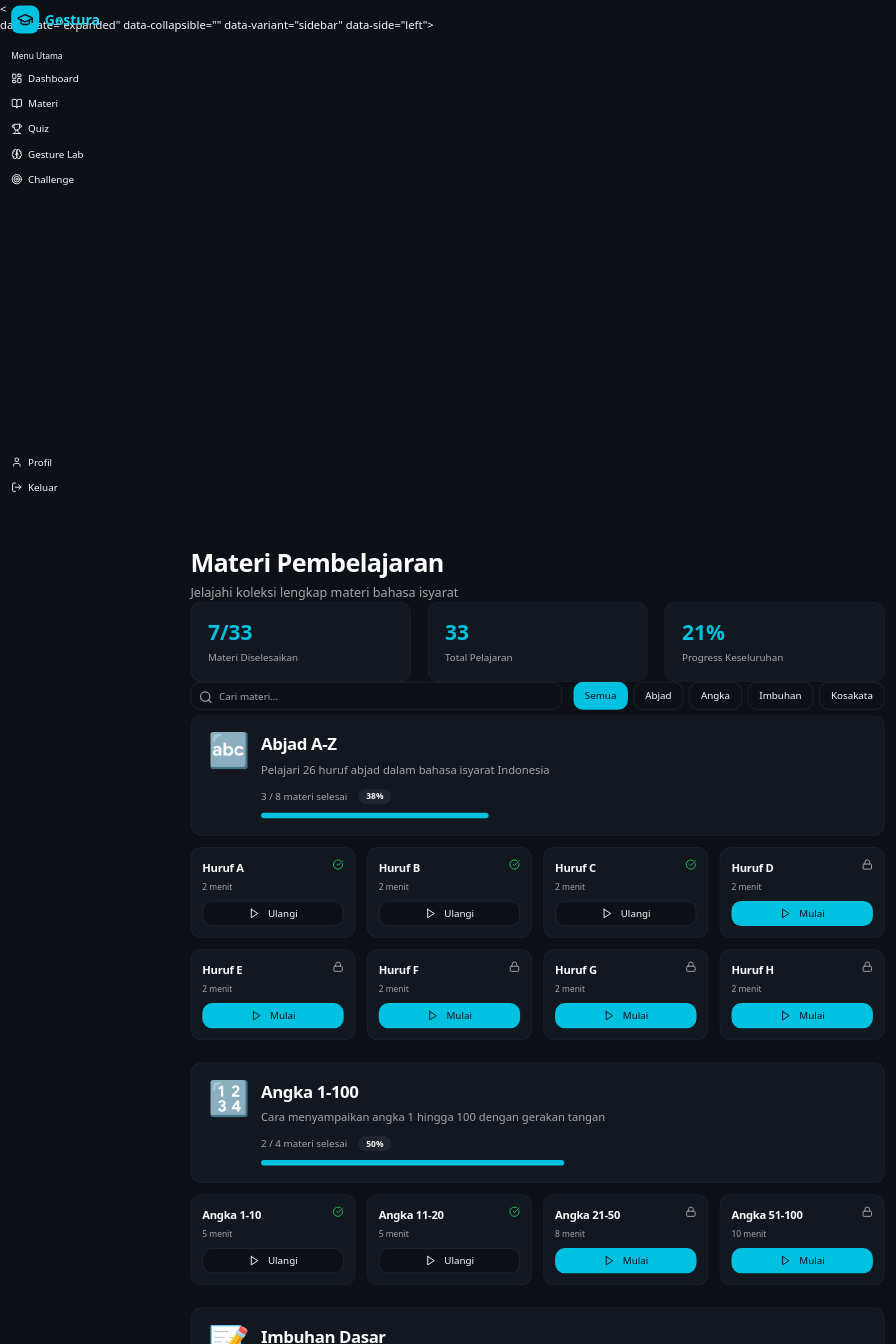
Repository: Tisna7/GESTURA
Page: http://localhost/materi
These files come from the project's save history. The page is drawn as it stood at one moment and after the next save; the edit follows.
The browser window is 1280 px wide. The pictures show the part of the page from y = 0 to 1920 px (the page is 3952 px tall before and 3928 px after), at 70% of full size.
The page is served by the project's Laravel application, run on PHP 8.4 with Laravel 12. Other server files are loaded and not shown. Style sheets and scripts are compiled from the project's sources, by tool versions that may differ from the author's.

Above is the page before, as saved 2025-11-23 14:06:14.

### app/Providers/AppServiceProvider.php
<?php

namespace App\Providers;

use Illuminate\Support\ServiceProvider;

class AppServiceProvider extends ServiceProvider
{
    /**
     * Register any application services.
     */
    public function register(): void
    {

    }

    /**
     * Bootstrap any application services.
     */
    public function boot(): void
    {

    }
}

### routes/web.php
<?php

use Illuminate\Support\Facades\Route;
use App\Http\Controllers\AuthController;
use App\Http\Controllers\ProfileController;




Route::get('/', function () {
    return view('landingpage');
});

Route::get('/auth', [AuthController::class, 'showPage'])->name('auth.page');

// Route::post('/register', [AuthController::class, 'register'])->name('register');

// Route::post('/login', [AuthController::class, 'login'])->name('login');
// Route::post('/logout', [AuthController::class, 'logout'])->name('logout');


// REGISTER
Route::post('/register', [AuthController::class, 'register'])->name('auth.register');

// LOGIN
Route::post('/login', [AuthController::class, 'login'])->name('auth.login');

// LOGIN GUEST
Route::get('/login/guest', [AuthController::class, 'loginGuest'])->name('auth.guest');

// LOGOUT
Route::get('/logout', [AuthController::class, 'logout'])->name('auth.logout');




Route::middleware('auth')->group(function () {
    Route::get('/profile', [ProfileController::class, 'index'])->name('profile');
    Route::post('/profile/update', [ProfileController::class, 'updateProfile'])->name('profile.update');
});


Route::get('/materi', function () {
    return view('user.materi');
});
Route::get('/gesturelab', function () {
    return view('user.gesture-lab-practice');
});
Route::get('/gesture-lab-translate', function () {
    return view('user.gesture-lab-translate');
});
Route::get('/materi-isi', function () {
    return view('user.materi-isi');
});
Route::get('/latihan', function () {
    return view('user.quiz');
});
Route::get('/Challenge', function () {
    return view('user.challenge');
});
Route::get('/Challenge-isi', function () {
    return view('user.challenge-isi');
});

### resources/views/components/sidebar-user.blade.php
@php
    use Illuminate\Support\Facades\Auth;
@endphp


<<div class="group peer hidden text-sidebar-foreground md:block"
     style="--sidebar-width: 16rem;"> data-state="expanded" data-collapsible=""
    data-variant="sidebar" data-side="left">
    <div
        class="relative h-svh w-[--sidebar-width] bg-transparent transition-[width] duration-200 ease-linear group-data-[collapsible=offcanvas]:w-0 group-data-[side=right]:rotate-180 group-data-[collapsible=icon]:w-[--sidebar-width-icon]">
    </div>
    <div
        class="fixed inset-y-0 z-10 hidden h-svh w-[--sidebar-width] transition-[left,right,width] duration-200 ease-linear md:flex left-0 group-data-[collapsible=offcanvas]:left-[calc(var(--sidebar-width)*-1)] group-data-[collapsible=icon]:w-[--sidebar-width-icon] group-data-[side=left]:border-r group-data-[side=right]:border-l">
        <div data-sidebar="sidebar"
            class="flex h-full w-full flex-col bg-sidebar group-data-[variant=floating]:rounded-lg group-data-[variant=floating]:border group-data-[variant=floating]:border-sidebar-border group-data-[variant=floating]:shadow">
            <div data-sidebar="header" class="flex flex-col gap-2 p-2"><a class="flex items-center gap-2 px-2"
                    href="/dashboard">
                    <div class="h-10 w-10 rounded-xl bg-primary flex items-center justify-center"><svg
                            xmlns="http://www.w3.org/2000/svg" width="24" height="24" viewBox="0 0 24 24"
                            fill="none" stroke="currentColor" stroke-width="2" stroke-linecap="round"
                            stroke-linejoin="round"
                            class="lucide lucide-graduation-cap h-6 w-6 text-primary-foreground">
                            <path
                                d="M21.42 10.922a1 1 0 0 0-.019-1.838L12.83 5.18a2 2 0 0 0-1.66 0L2.6 9.08a1 1 0 0 0 0 1.832l8.57 3.908a2 2 0 0 0 1.66 0z">
                            </path>
                            <path d="M22 10v6"></path>
                            <path d="M6 12.5V16a6 3 0 0 0 12 0v-3.5"></path>
                        </svg></div><span class="text-xl font-bold text-gradient">Gestura</span>
                </a></div>
            <div data-sidebar="content"
                class="flex min-h-0 flex-1 flex-col gap-2 overflow-auto group-data-[collapsible=icon]:overflow-hidden">
                <div data-sidebar="group" class="relative flex w-full min-w-0 flex-col p-2">
                    <div data-sidebar="group-label"
                        class="flex h-8 shrink-0 items-center rounded-md px-2 text-xs font-medium text-sidebar-foreground/70 outline-none ring-sidebar-ring transition-[margin,opa] duration-200 ease-linear focus-visible:ring-2 [&amp;&gt;svg]:size-4 [&amp;&gt;svg]:shrink-0 group-data-[collapsible=icon]:-mt-8 group-data-[collapsible=icon]:opacity-0">
                        Menu Utama</div>
                    <div data-sidebar="group-content" class="w-full text-sm">
                        <ul data-sidebar="menu" class="flex w-full min-w-0 flex-col gap-1">
                            <li data-sidebar="menu-item" class="group/menu-item relative"><a data-sidebar="menu-button"
                                    data-size="default" data-active="false" aria-current="page"
                                    class="peer/menu-button flex w-full items-center gap-2 overflow-hidden rounded-md p-2 text-left outline-none ring-sidebar-ring transition-[width,height,padding] focus-visible:ring-2 active:bg-sidebar-accent active:text-sidebar-accent-foreground disabled:pointer-events-none disabled:opacity-50 group-has-[[data-sidebar=menu-action]]/menu-item:pr-8 aria-disabled:pointer-events-none aria-disabled:opacity-50 data-[active=true]:bg-sidebar-accent data-[active=true]:font-medium data-[active=true]:text-sidebar-accent-foreground data-[state=open]:hover:bg-sidebar-accent data-[state=open]:hover:text-sidebar-accent-foreground group-data-[collapsible=icon]:!size-8 group-data-[collapsible=icon]:!p-2 [&amp;&gt;span:last-child]:truncate [&amp;&gt;svg]:size-4 [&amp;&gt;svg]:shrink-0 hover:text-sidebar-accent-foreground h-8 text-sm hover:bg-sidebar-accent bg-sidebar-accent text-sidebar-primary font-medium"
                                    href="/dashboard"><svg xmlns="http://www.w3.org/2000/svg" width="24"
                                        height="24" viewBox="0 0 24 24" fill="none" stroke="currentColor"
                                        stroke-width="2" stroke-linecap="round" stroke-linejoin="round"
                                        class="lucide lucide-layout-dashboard h-4 w-4">
                                        <rect width="7" height="9" x="3" y="3" rx="1"></rect>
                                        <rect width="7" height="5" x="14" y="3" rx="1"></rect>
                                        <rect width="7" height="9" x="14" y="12" rx="1"></rect>
                                        <rect width="7" height="5" x="3" y="16" rx="1"></rect>
                                    </svg><span>Dashboard</span></a></li>
                            <li data-sidebar="menu-item" class="group/menu-item relative"><a data-sidebar="menu-button"
                                    data-size="default" data-active="false"
                                    class="peer/menu-button flex w-full items-center gap-2 overflow-hidden rounded-md p-2 text-left outline-none ring-sidebar-ring transition-[width,height,padding] focus-visible:ring-2 active:bg-sidebar-accent active:text-sidebar-accent-foreground disabled:pointer-events-none disabled:opacity-50 group-has-[[data-sidebar=menu-action]]/menu-item:pr-8 aria-disabled:pointer-events-none aria-disabled:opacity-50 data-[active=true]:bg-sidebar-accent data-[active=true]:font-medium data-[active=true]:text-sidebar-accent-foreground data-[state=open]:hover:bg-sidebar-accent data-[state=open]:hover:text-sidebar-accent-foreground group-data-[collapsible=icon]:!size-8 group-data-[collapsible=icon]:!p-2 [&amp;&gt;span:last-child]:truncate [&amp;&gt;svg]:size-4 [&amp;&gt;svg]:shrink-0 hover:text-sidebar-accent-foreground h-8 text-sm hover:bg-sidebar-accent"
                                    href="/materi"><svg xmlns="http://www.w3.org/2000/svg" width="24" height="24"
                                        viewBox="0 0 24 24" fill="none" stroke="currentColor" stroke-width="2"
                                        stroke-linecap="round" stroke-linejoin="round"
                                        class="lucide lucide-book-open h-4 w-4">
                                        <path d="M12 7v14"></path>
                                        <path
                                            d="M3 18a1 1 0 0 1-1-1V4a1 1 0 0 1 1-1h5a4 4 0 0 1 4 4 4 4 0 0 1 4-4h5a1 1 0 0 1 1 1v13a1 1 0 0 1-1 1h-6a3 3 0 0 0-3 3 3 3 0 0 0-3-3z">
                                        </path>
                                    </svg><span>Materi</span></a></li>
                            <li data-sidebar="menu-item" class="group/menu-item relative"><a data-sidebar="menu-button"
                                    data-size="default" data-active="false"
                                    class="peer/menu-button flex w-full items-center gap-2 overflow-hidden rounded-md p-2 text-left outline-none ring-sidebar-ring transition-[width,height,padding] focus-visible:ring-2 active:bg-sidebar-accent active:text-sidebar-accent-foreground disabled:pointer-events-none disabled:opacity-50 group-has-[[data-sidebar=menu-action]]/menu-item:pr-8 aria-disabled:pointer-events-none aria-disabled:opacity-50 data-[active=true]:bg-sidebar-accent data-[active=true]:font-medium data-[active=true]:text-sidebar-accent-foreground data-[state=open]:hover:bg-sidebar-accent data-[state=open]:hover:text-sidebar-accent-foreground group-data-[collapsible=icon]:!size-8 group-data-[collapsible=icon]:!p-2 [&amp;&gt;span:last-child]:truncate [&amp;&gt;svg]:size-4 [&amp;&gt;svg]:shrink-0 hover:text-sidebar-accent-foreground h-8 text-sm hover:bg-sidebar-accent"
                                    href="/quiz"><svg xmlns="http://www.w3.org/2000/svg" width="24" height="24"
                                        viewBox="0 0 24 24" fill="none" stroke="currentColor" stroke-width="2"
                                        stroke-linecap="round" stroke-linejoin="round"
                                        class="lucide lucide-trophy h-4 w-4">
                                        <path d="M6 9H4.5a2.5 2.5 0 0 1 0-5H6"></path>
                                        <path d="M18 9h1.5a2.5 2.5 0 0 0 0-5H18"></path>
                                        <path d="M4 22h16"></path>
                                        <path d="M10 14.66V17c0 .55-.47.98-.97 1.21C7.85 18.75 7 20.24 7 22"></path>
                                        <path d="M14 14.66V17c0 .55.47.98.97 1.21C16.15 18.75 17 20.24 17 22"></path>
                                        <path d="M18 2H6v7a6 6 0 0 0 12 0V2Z"></path>
                                    </svg><span>Quiz</span></a></li>
                            <li data-sidebar="menu-item" class="group/menu-item relative"><a
                                    data-sidebar="menu-button" data-size="default" data-active="false"
                                    class="peer/menu-button flex w-full items-center gap-2 overflow-hidden rounded-md p-2 text-left outline-none ring-sidebar-ring transition-[width,height,padding] focus-visible:ring-2 active:bg-sidebar-accent active:text-sidebar-accent-foreground disabled:pointer-events-none disabled:opacity-50 group-has-[[data-sidebar=menu-action]]/menu-item:pr-8 aria-disabled:pointer-events-none aria-disabled:opacity-50 data-[active=true]:bg-sidebar-accent data-[active=true]:font-medium data-[active=true]:text-sidebar-accent-foreground data-[state=open]:hover:bg-sidebar-accent data-[state=open]:hover:text-sidebar-accent-foreground group-data-[collapsible=icon]:!size-8 group-data-[collapsible=icon]:!p-2 [&amp;&gt;span:last-child]:truncate [&amp;&gt;svg]:size-4 [&amp;&gt;svg]:shrink-0 hover:text-sidebar-accent-foreground h-8 text-sm hover:bg-sidebar-accent"
                                    href="/gesture-lab"><svg xmlns="http://www.w3.org/2000/svg" width="24"
                                        height="24" viewBox="0 0 24 24" fill="none" stroke="currentColor"
                                        stroke-width="2" stroke-linecap="round" stroke-linejoin="round"
                                        class="lucide lucide-brain h-4 w-4">
                                        <path
                                            d="M12 5a3 3 0 1 0-5.997.125 4 4 0 0 0-2.526 5.77 4 4 0 0 0 .556 6.588A4 4 0 1 0 12 18Z">
                                        </path>
                                        <path
                                            d="M12 5a3 3 0 1 1 5.997.125 4 4 0 0 1 2.526 5.77 4 4 0 0 1-.556 6.588A4 4 0 1 1 12 18Z">
                                        </path>
                                        <path d="M15 13a4.5 4.5 0 0 1-3-4 4.5 4.5 0 0 1-3 4"></path>
                                        <path d="M17.599 6.5a3 3 0 0 0 .399-1.375"></path>
                                        <path d="M6.003 5.125A3 3 0 0 0 6.401 6.5"></path>
                                        <path d="M3.477 10.896a4 4 0 0 1 .585-.396"></path>
                                        <path d="M19.938 10.5a4 4 0 0 1 .585.396"></path>
                                        <path d="M6 18a4 4 0 0 1-1.967-.516"></path>
                                        <path d="M19.967 17.484A4 4 0 0 1 18 18"></path>
                                    </svg><span>Gesture Lab</span></a></li>
                            <li data-sidebar="menu-item" class="group/menu-item relative"><a
                                    data-sidebar="menu-button" data-size="default" data-active="false"
                                    class="peer/menu-button flex w-full items-center gap-2 overflow-hidden rounded-md p-2 text-left outline-none ring-sidebar-ring transition-[width,height,padding] focus-visible:ring-2 active:bg-sidebar-accent active:text-sidebar-accent-foreground disabled:pointer-events-none disabled:opacity-50 group-has-[[data-sidebar=menu-action]]/menu-item:pr-8 aria-disabled:pointer-events-none aria-disabled:opacity-50 data-[active=true]:bg-sidebar-accent data-[active=true]:font-medium data-[active=true]:text-sidebar-accent-foreground data-[state=open]:hover:bg-sidebar-accent data-[state=open]:hover:text-sidebar-accent-foreground group-data-[collapsible=icon]:!size-8 group-data-[collapsible=icon]:!p-2 [&amp;&gt;span:last-child]:truncate [&amp;&gt;svg]:size-4 [&amp;&gt;svg]:shrink-0 hover:text-sidebar-accent-foreground h-8 text-sm hover:bg-sidebar-accent"
                                    href="/challenge"><svg xmlns="http://www.w3.org/2000/svg" width="24"
                                        height="24" viewBox="0 0 24 24" fill="none" stroke="currentColor"
                                        stroke-width="2" stroke-linecap="round" stroke-linejoin="round"
                                        class="lucide lucide-target h-4 w-4">
                                        <circle cx="12" cy="12" r="10"></circle>
                                        <circle cx="12" cy="12" r="6"></circle>
                                        <circle cx="12" cy="12" r="2"></circle>
                                    </svg><span>Challenge</span></a></li>
                        </ul>
                    </div>
                </div>
            </div>
            <div data-sidebar="footer" class="flex flex-col gap-2 p-2">
                <ul data-sidebar="menu" class="flex w-full min-w-0 flex-col gap-1">
                    <li data-sidebar="menu-item" class="group/menu-item relative"><a data-sidebar="menu-button"
                            data-size="default" data-active="false"
                            class="peer/menu-button flex w-full items-center gap-2 overflow-hidden rounded-md p-2 text-left outline-none ring-sidebar-ring transition-[width,height,padding] focus-visible:ring-2 active:bg-sidebar-accent active:text-sidebar-accent-foreground disabled:pointer-events-none disabled:opacity-50 group-has-[[data-sidebar=menu-action]]/menu-item:pr-8 aria-disabled:pointer-events-none aria-disabled:opacity-50 data-[active=true]:bg-sidebar-accent data-[active=true]:font-medium data-[active=true]:text-sidebar-accent-foreground data-[state=open]:hover:bg-sidebar-accent data-[state=open]:hover:text-sidebar-accent-foreground group-data-[collapsible=icon]:!size-8 group-data-[collapsible=icon]:!p-2 [&amp;&gt;span:last-child]:truncate [&amp;&gt;svg]:size-4 [&amp;&gt;svg]:shrink-0 hover:text-sidebar-accent-foreground h-8 text-sm hover:bg-sidebar-accent"
                            href="/profile"><svg xmlns="http://www.w3.org/2000/svg" width="24" height="24"
                                viewBox="0 0 24 24" fill="none" stroke="currentColor" stroke-width="2"
                                stroke-linecap="round" stroke-linejoin="round" class="lucide lucide-user h-4 w-4">
                                <path d="M19 21v-2a4 4 0 0 0-4-4H9a4 4 0 0 0-4 4v2"></path>
                                <circle cx="12" cy="7" r="4"></circle>
                            </svg><span>Profil</span></a></li>
                    <li data-sidebar="menu-item" class="group/menu-item relative"><a data-sidebar="menu-button"
                            data-size="default" data-active="false"
                            class="peer/menu-button flex w-full items-center gap-2 overflow-hidden rounded-md p-2 text-left outline-none ring-sidebar-ring transition-[width,height,padding] focus-visible:ring-2 active:bg-sidebar-accent active:text-sidebar-accent-foreground disabled:pointer-events-none disabled:opacity-50 group-has-[[data-sidebar=menu-action]]/menu-item:pr-8 aria-disabled:pointer-events-none aria-disabled:opacity-50 data-[active=true]:bg-sidebar-accent data-[active=true]:font-medium data-[active=true]:text-sidebar-accent-foreground data-[state=open]:hover:bg-sidebar-accent data-[state=open]:hover:text-sidebar-accent-foreground group-data-[collapsible=icon]:!size-8 group-data-[collapsible=icon]:!p-2 [&amp;&gt;span:last-child]:truncate [&amp;&gt;svg]:size-4 [&amp;&gt;svg]:shrink-0 hover:bg-sidebar-accent hover:text-sidebar-accent-foreground h-8 text-sm"
                            href="/"><svg xmlns="http://www.w3.org/2000/svg" width="24" height="24"
                                viewBox="0 0 24 24" fill="none" stroke="currentColor" stroke-width="2"
                                stroke-linecap="round" stroke-linejoin="round" class="lucide lucide-log-out h-4 w-4">
                                <path d="M9 21H5a2 2 0 0 1-2-2V5a2 2 0 0 1 2-2h4"></path>
                                <polyline points="16 17 21 12 16 7"></polyline>
                                <line x1="21" x2="9" y1="12" y2="12"></line>
                            </svg><span>Keluar</span></a></li>
                </ul>
            </div>
        </div>
    </div>
</div>

### resources/views/app.blade.php
<!DOCTYPE html>
<html lang="id">
<head>
  <meta charset="UTF-8">
  <meta name="viewport" content="width=device-width, initial-scale=1.0">
  <meta name="csrf-token" content="{{ csrf_token() }}">
  <link rel="icon" type="image/png" href="{{ asset('images/logo.png') }}">
  <title>@yield('title', 'GESTURA')</title>

  <!-- Tailwind CSS -->
  {{-- @vite('public/build/app-Lz3KVd0D.css') --}}
  {{-- <!-- @vite('resources/css/app.css') --> --}}
   {{-- <!-- @vite('public/build/assets/app-TBPMHXQo.css') --> --}}

  @vite(['resources/css/app.css', 'resources/css/theme.css'])

  <script defer src="https://cdn.jsdelivr.net/npm/alpinejs@3.x.x/dist/cdn.min.js"></script>

</head>
<body>
  @yield('content')
</body>
</html>

### resources/css/app.css
@import 'tailwindcss';
@import "./theme.css";

@source '../../vendor/laravel/framework/src/Illuminate/Pagination/resources/views/*.blade.php';
@source '../../storage/framework/views/*.php';
@source '../**/*.blade.php';
@source '../**/*.js';

@theme {
    --font-sans: 'Instrument Sans', ui-sans-serif, system-ui, sans-serif, 'Apple Color Emoji', 'Segoe UI Emoji',
        'Segoe UI Symbol', 'Noto Color Emoji';

    --color-background: #ffabcc;
}

Loaded but not shown: resources/css/theme.css (library); resources/views/user/materi.blade.php (918 lines, source omitted)

After the next save:
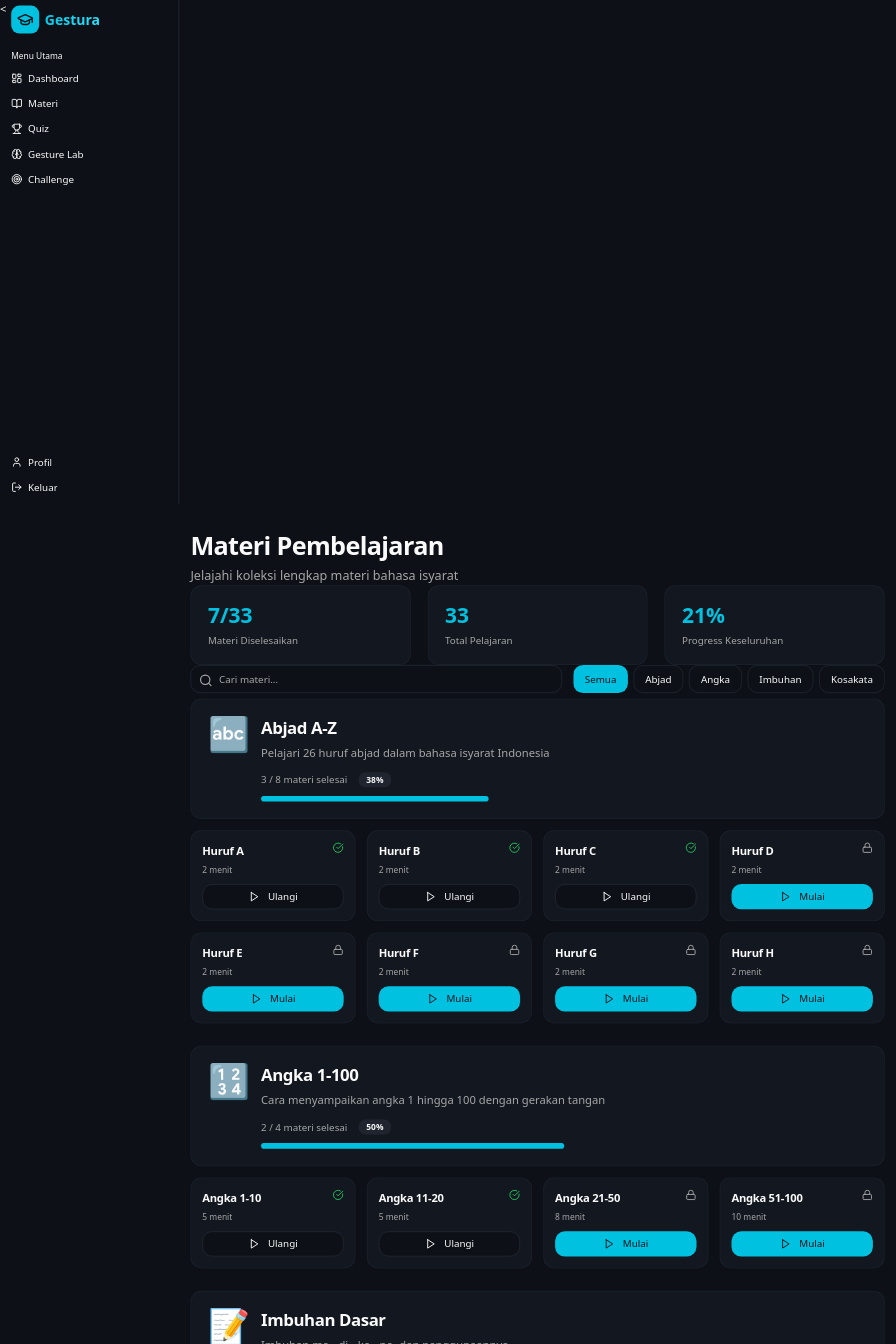
Saved 4 s later.
--- a/resources/views/components/sidebar-user.blade.php
+++ b/resources/views/components/sidebar-user.blade.php
@@ -4,7 +4,7 @@
 
 
 <<div class="group peer hidden text-sidebar-foreground md:block"
-     style="--sidebar-width: 16rem;"> data-state="expanded" data-collapsible=""
+     style="--sidebar-width: 16rem;" data-state="expanded" data-collapsible=""
     data-variant="sidebar" data-side="left">
     <div
         class="relative h-svh w-[--sidebar-width] bg-transparent transition-[width] duration-200 ease-linear group-data-[collapsible=offcanvas]:w-0 group-data-[side=right]:rotate-180 group-data-[collapsible=icon]:w-[--sidebar-width-icon]">
